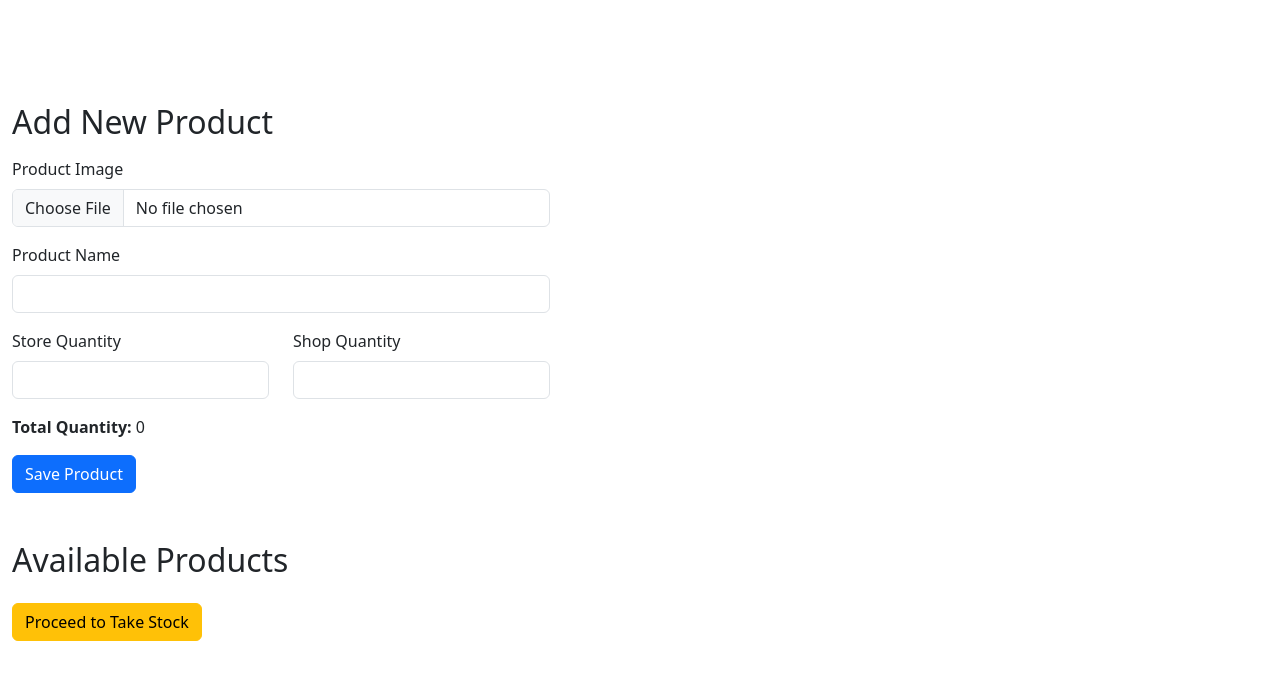
Repository: profbkmurage/soms
Page: /
The author's editor kept a copy of each file at every save. The page is drawn from the files as they stood at one save, then again after the next save.
The browser window is 1280 px wide. The pictures show the whole page.
The page's requests for data from a server got no answer. The project was rebuilt for these pictures with package versions that can differ from the ones it lists, and the page was loaded fresh each time. No one was signed in, and anything a server would have sent is missing. Also part of the build but not shown: vite.config.js, src/components/AddStockModal.jsx, src/components/ProductCard.jsx.

Above is the page before, as saved 2025-07-15 20:51:01.

### index.html
<!doctype html>
<html lang="en">
  <head>
    <meta charset="UTF-8" />
    <link rel="icon" type="image/svg+xml" href="/vite.svg" />
    <meta name="viewport" content="width=device-width, initial-scale=1.0" />
    <title>Vite + React</title>
  </head>
  <body>
    <div id="root"></div>
    <script type="module" src="/src/main.jsx"></script>
    <script src="https://cdn.jsdelivr.net/npm/bootstrap@5.3.2/dist/js/bootstrap.bundle.min.js"></script>
  </body>
</html>

### src/main.jsx
import { StrictMode } from 'react'
import { createRoot } from 'react-dom/client'
import 'bootstrap/dist/css/bootstrap.min.css'

import './index.css'
import App from './App.jsx'

createRoot(document.getElementById('root')).render(
  <StrictMode>
    <App />
  </StrictMode>
)

### src/App.jsx
import Trial from './Trial'
import ProductForm from './components/Product'
import ProductList from './components/ProductList'

function App () {
  return (
    <>
      <Trial />
      <ProductForm />
      <ProductList />
    </>
  )
}

export default App

### src/Trial.jsx
export default function Trial () {
  const name = 'brian murage '

  return alert(`hi there ${name}`)
}

### src/components/Product.jsx
import React, { useState } from 'react'
import { uploadImageToCloudinary } from '../services/uploadImage'
import { db } from '../firebase/config'
import { collection, addDoc, getDocs, query, where } from 'firebase/firestore'

const ProductForm = () => {
  const [productName, setProductName] = useState('')
  const [storeQty, setStoreQty] = useState('')
  const [shopQty, setShopQty] = useState('')
  const [imageUrl, setImageUrl] = useState('')
  const [uploading, setUploading] = useState(false)

  const handleFileChange = async e => {
    const file = e.target.files[0]
    setUploading(true)
    try {
      const uploadedUrl = await uploadImageToCloudinary(file)
      setImageUrl(uploadedUrl)
    } catch (err) {
      alert(`Image upload failed. with error ${err}`)
    } finally {
      setUploading(false)
    }
  }

  const handleSubmit = async e => {
    e.preventDefault()

    const totalQty = parseInt(storeQty || 0) + parseInt(shopQty || 0)

    // Check for duplicate product
    const q = query(
      collection(db, 'products'),
      where('productName', '==', productName.trim().toLowerCase())
    )
    const querySnapshot = await getDocs(q)

    if (!productName || !imageUrl || querySnapshot.size > 0) {
      alert('Product exists or missing fields.')
      return
    }

    try {
      await addDoc(collection(db, 'products'), {
        productName: productName.trim().toLowerCase(),
        imageUrl,
        storeQty: parseInt(storeQty || 0),
        shopQty: parseInt(shopQty || 0),
        totalQty,
        createdAt: new Date()
      })
      alert('Product added successfully!')

      // Clear form
      setProductName('')
      setStoreQty('')
      setShopQty('')
      setImageUrl('')
    } catch (error) {
      alert('Failed to add product.')
      console.error(error)
    }
  }

  return (
    <div className='container mt-4'>
      <h2>Add New Product</h2>
      <form onSubmit={handleSubmit} className='mt-3'>
        <div className='mb-3'>
          <label className='form-label'>Product Image</label>
          <input
            type='file'
            className='form-control'
            accept='image/*'
            onChange={handleFileChange}
          />
          {uploading && <small className='text-info'>Uploading...</small>}
        </div>

        <div className='mb-3'>
          <label className='form-label'>Product Name</label>
          <input
            type='text'
            className='form-control'
            value={productName}
            onChange={e => setProductName(e.target.value)}
          />
        </div>

        <div className='row mb-3'>
          <div className='col'>
            <label className='form-label'>Store Quantity</label>
            <input
              type='number'
              className='form-control'
              value={storeQty}
              onChange={e => setStoreQty(e.target.value)}
            />
          </div>
          <div className='col'>
            <label className='form-label'>Shop Quantity</label>
            <input
              type='number'
              className='form-control'
              value={shopQty}
              onChange={e => setShopQty(e.target.value)}
            />
          </div>
        </div>

        <div className='mb-3'>
          <strong>Total Quantity: </strong>
          {parseInt(storeQty || 0) + parseInt(shopQty || 0)}
        </div>

        <button type='submit' className='btn btn-primary' disabled={uploading}>
          Save Product
        </button>
      </form>
    </div>
  )
}

export default ProductForm

### src/components/ProductList.jsx
import React, { useEffect, useState } from 'react'
import { collection, getDocs } from 'firebase/firestore'
import { db } from '../firebase/config'
import ProductCard from './ProductCard'

const ProductList = () => {
  const [products, setProducts] = useState([])
  const [editMode, setEditMode] = useState(false)

  const fetchProducts = async () => {
    const querySnapshot = await getDocs(collection(db, 'products'))
    const data = querySnapshot.docs.map(doc => ({ id: doc.id, ...doc.data() }))
    setProducts(data)
  }

  useEffect(() => {
    fetchProducts()
  }, [])

  return (
    <div className='container mt-5'>
      <h2 className='mb-4'>Available Products</h2>

      <button
        className={`btn ${editMode ? 'btn-secondary' : 'btn-warning'} mb-4`}
        onClick={() => setEditMode(!editMode)}
      >
        {editMode ? 'Exit Stock-Taking Mode' : 'Proceed to Take Stock'}
      </button>

      <div className='row row-cols-1 row-cols-md-3 g-4'>
        {products.map(product => (
          <ProductCard key={product.id} product={product} editMode={editMode} />
        ))}
      </div>
    </div>
  )
}

export default ProductList

### src/services/uploadImage.js
import axios from "axios";

const cloudName = "dnylr4oka";
const uploadPreset = "stocksUpload";

export const uploadImageToCloudinary = async (file) => {
  const formData = new FormData();
  formData.append("file", file);
  formData.append("upload_preset", uploadPreset);

  const url = `https://api.cloudinary.com/v1_1/${cloudName}/image/upload`;

  try {
    const response = await axios.post(url, formData);
    return response.data.secure_url;
  } catch (error) {
    console.error("Cloudinary upload error:", error.response?.data || error.message);
    throw error;
  }
};

### src/firebase/config.js
import { initializeApp } from "firebase/app";
import { getFirestore } from "firebase/firestore";
// import { getStorage } from "firebase/storage";
import { getAuth } from "firebase/auth";


// Your web app's Firebase configuration
const firebaseConfig = {
    apiKey: "AIzaSyAMTZYtxn8mWGO3hVN00eas4TxBg18b0LM",
    authDomain: "stockcheckerapp.firebaseapp.com",
    projectId: "stockcheckerapp",
    storageBucket: "stockcheckerapp.firebasestorage.app",
    messagingSenderId: "771806329195",
    appId: "1:771806329195:web:98c22527794de00b55742e"
  };

  // Initialize Firebase
const app = initializeApp(firebaseConfig);
const db = getFirestore(app);
const auth = getAuth(app);

export { db, auth };

Loaded but not shown: src/index.css (common file)

After the next save:
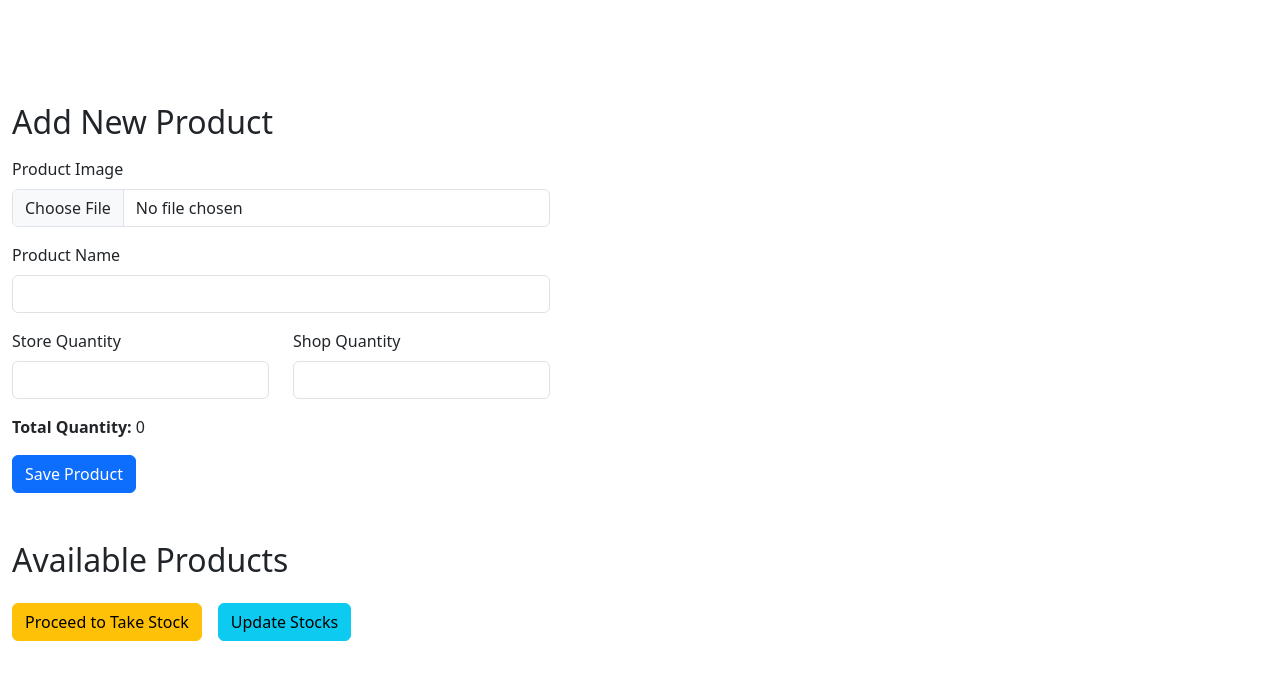
Saved 5 min 17 s later.
--- a/src/components/ProductList.jsx
+++ b/src/components/ProductList.jsx
@@ -6,6 +6,7 @@ import ProductCard from './ProductCard'
 const ProductList = () => {
   const [products, setProducts] = useState([])
   const [editMode, setEditMode] = useState(false)
+  const [addStockMode, setAddStockMode] = useState(false) // 🔥 NEW
 
   const fetchProducts = async () => {
     const querySnapshot = await getDocs(collection(db, 'products'))
@@ -21,16 +22,39 @@ const ProductList = () => {
     <div className='container mt-5'>
       <h2 className='mb-4'>Available Products</h2>
 
-      <button
-        className={`btn ${editMode ? 'btn-secondary' : 'btn-warning'} mb-4`}
-        onClick={() => setEditMode(!editMode)}
-      >
-        {editMode ? 'Exit Stock-Taking Mode' : 'Proceed to Take Stock'}
-      </button>
+      {/* 🔘 GLOBAL ACTION BUTTONS */}
+      <div className='d-flex gap-3 mb-4'>
+        <button
+          className={`btn ${editMode ? 'btn-secondary' : 'btn-warning'}`}
+          onClick={() => {
+            setEditMode(!editMode)
+            if (addStockMode) setAddStockMode(false) // prevent both modes together
+          }}
+        >
+          {editMode ? 'Exit Stock-Taking Mode' : 'Proceed to Take Stock'}
+        </button>
 
+        <button
+          className={`btn ${addStockMode ? 'btn-secondary' : 'btn-info'}`}
+          onClick={() => {
+            setAddStockMode(!addStockMode)
+            if (editMode) setEditMode(false) // prevent both modes together
+          }}
+        >
+          {addStockMode ? 'Exit Stock Update Mode' : 'Update Stocks'}
+        </button>
+      </div>
+
+      {/* 🧾 PRODUCT GRID */}
       <div className='row row-cols-1 row-cols-md-3 g-4'>
         {products.map(product => (
-          <ProductCard key={product.id} product={product} editMode={editMode} />
+          <ProductCard
+            key={product.id}
+            product={product}
+            editMode={editMode}
+            addStockMode={addStockMode}
+            refreshProducts={fetchProducts}
+          />
         ))}
       </div>
     </div>
